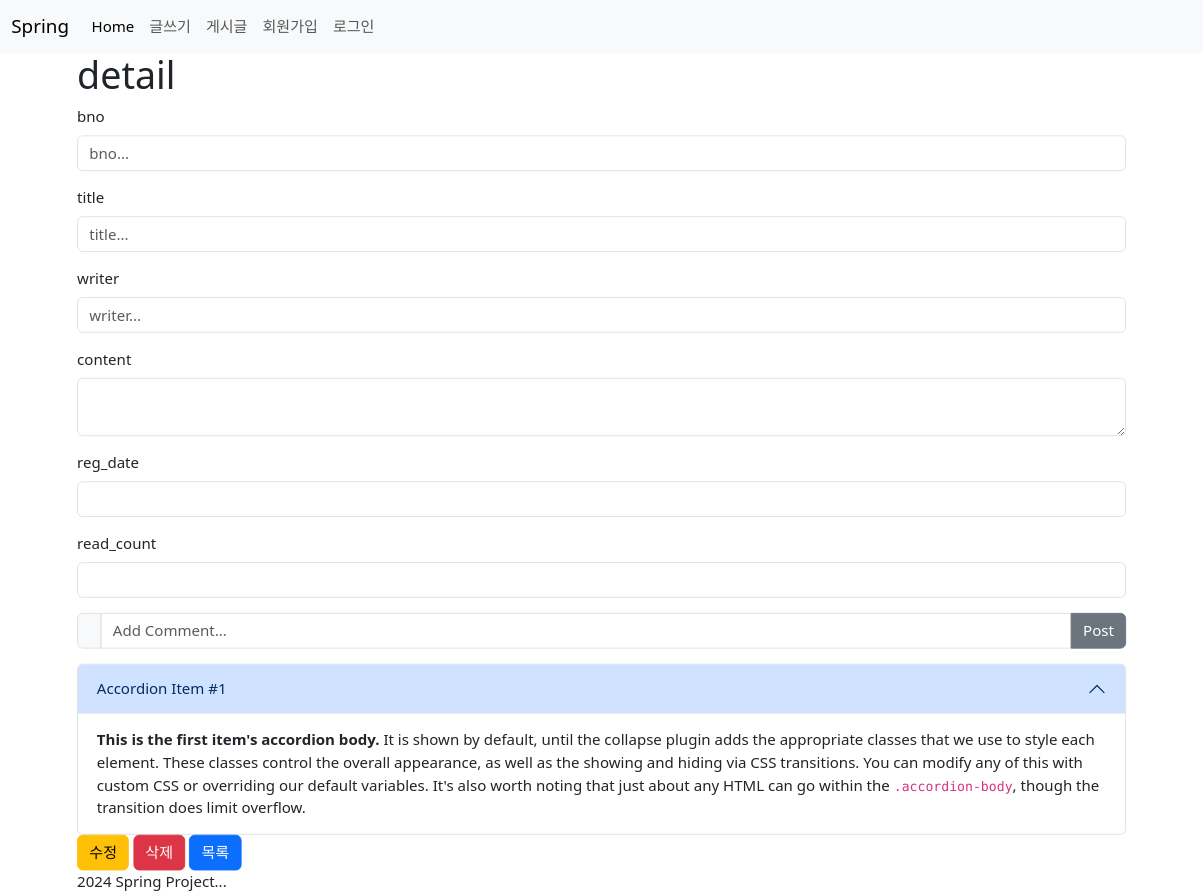
Repository: dlwpsdlwps/springTest240430
Page: http://localhost/spring_study/WEB-INF/views/board/detail.jsp
The author's editor kept a copy of each file at every save. The page is drawn from the files as they stood at one save, then again after the next save.
The browser window is 1280 px wide. The pictures show the whole page, at 94% of full size.
The page is served by Tomcat 9. Nobody is signed in. The template is opened directly, without the code that normally fills it, so the values that code supplies are empty.

Above is the page before, as saved 2024-04-26 02:46:00.

After the next save:
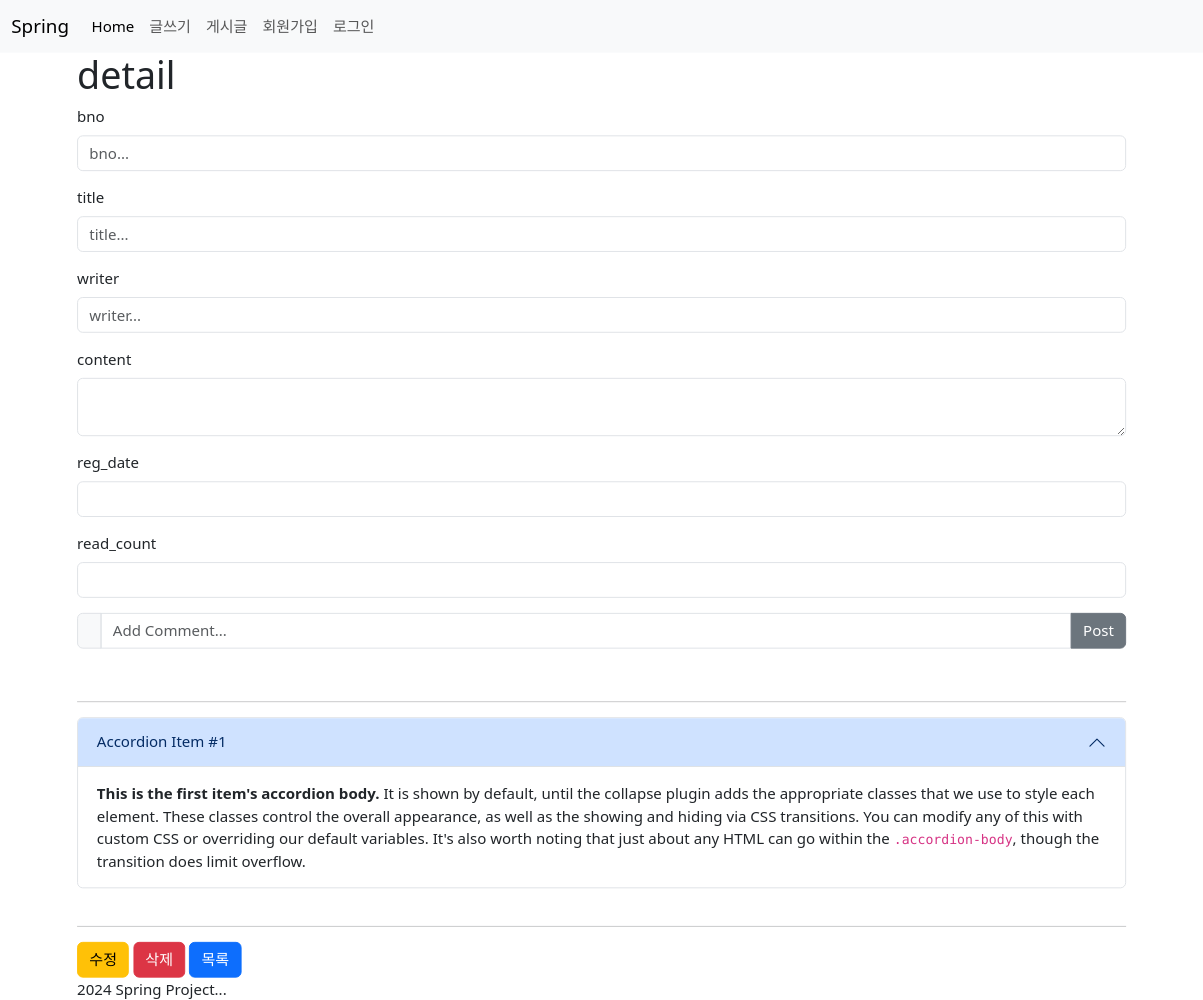
Saved 85 s later.
--- a/spring_study/src/main/webapp/WEB-INF/views/board/detail.jsp
+++ b/spring_study/src/main/webapp/WEB-INF/views/board/detail.jsp
@@ -35,6 +35,8 @@
 			<input type="text" id="cmtText" class="form-control" placeholder="Add Comment..." aria-label="Username" aria-describedby="basic-addon1">
 			<button type="button" id="cmtAddBtn" class="btn btn-secondary">Post</button>
 		</div>
+		<br>
+		<hr>
 
 		<!-- 댓글 출력 라인 -->
 		<div class="accordion" id="accordionExample">
@@ -51,6 +53,8 @@
 		    </div>
 		  </div>
 		</div>
+		<br>
+		<hr>
 
 		<a href="/board/modify?bno=${bvo.bno }"><button type="button" class="btn btn-warning">수정</button></a>
 		<a href="/board/delete?bno=${bvo.bno }"><button type="button" class="btn btn-danger">삭제</button></a>
